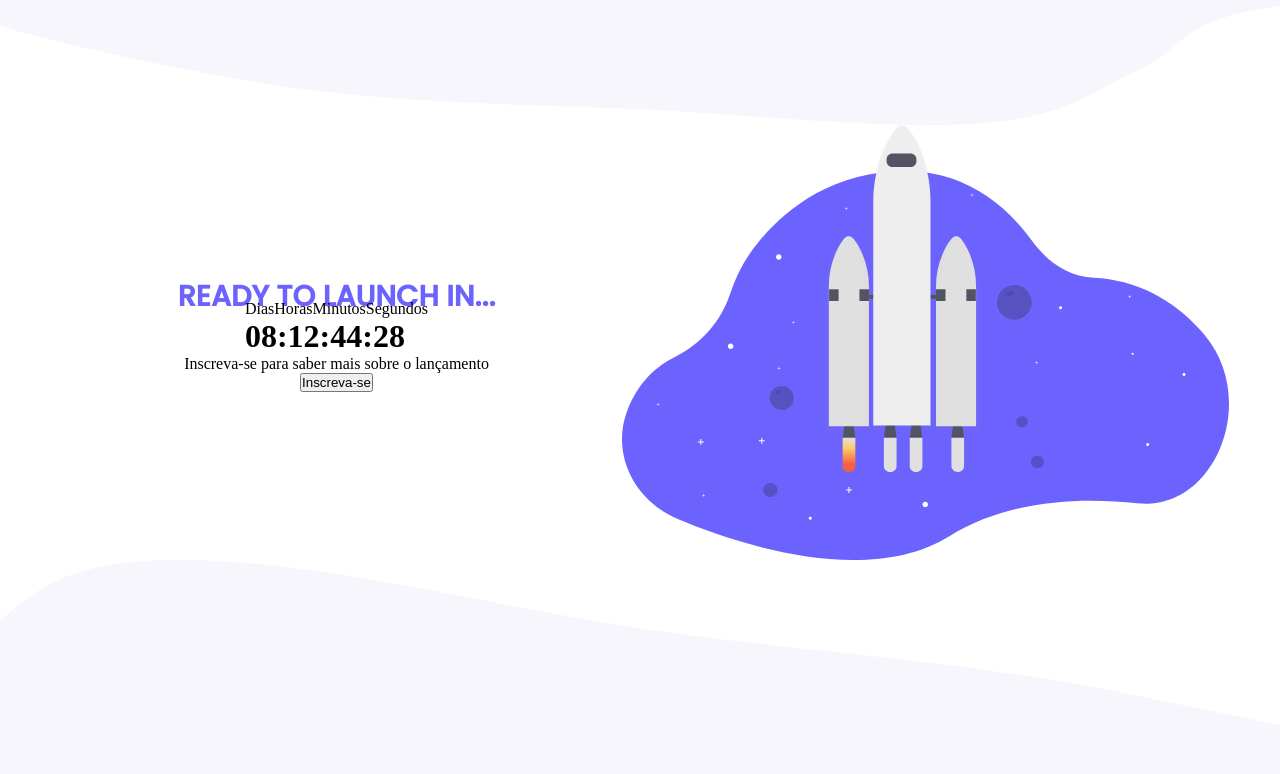
Repository: BrunoBross/countdown
Page: index.html
The author's editor kept a copy of each file at every save. The page is drawn from the files as they stood at one save, then again after the next save.
The browser window is 1280 px wide. The pictures show the whole page.

Above is the page before, as saved 2021-11-30 00:45:34.

After the next save:
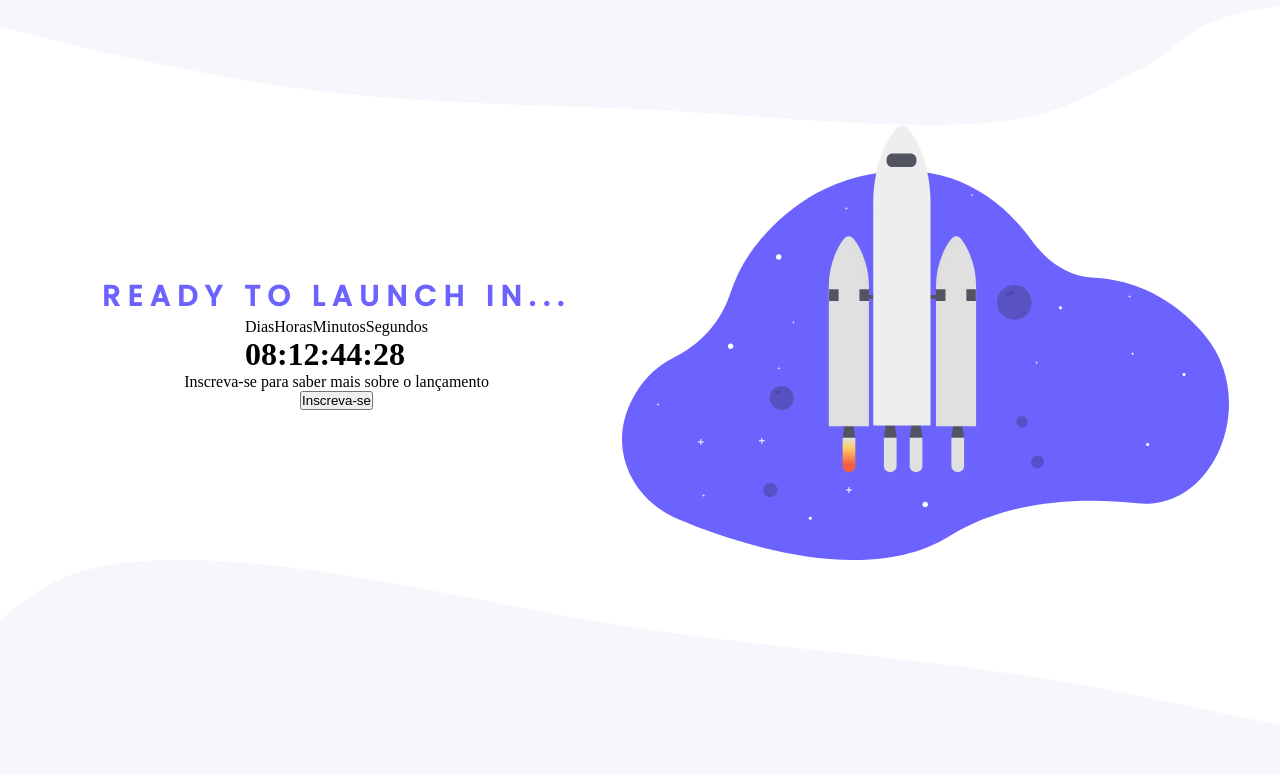
Saved 18 s later.
--- a/style.css
+++ b/style.css
@@ -50,5 +50,5 @@ body{
   font-family: 'Poppins', 'sans-serif';
   font-weight: 700;
   font-size: 4vh;
-  line-height: 1vh;
+  letter-spacing: 1vh;
 }
